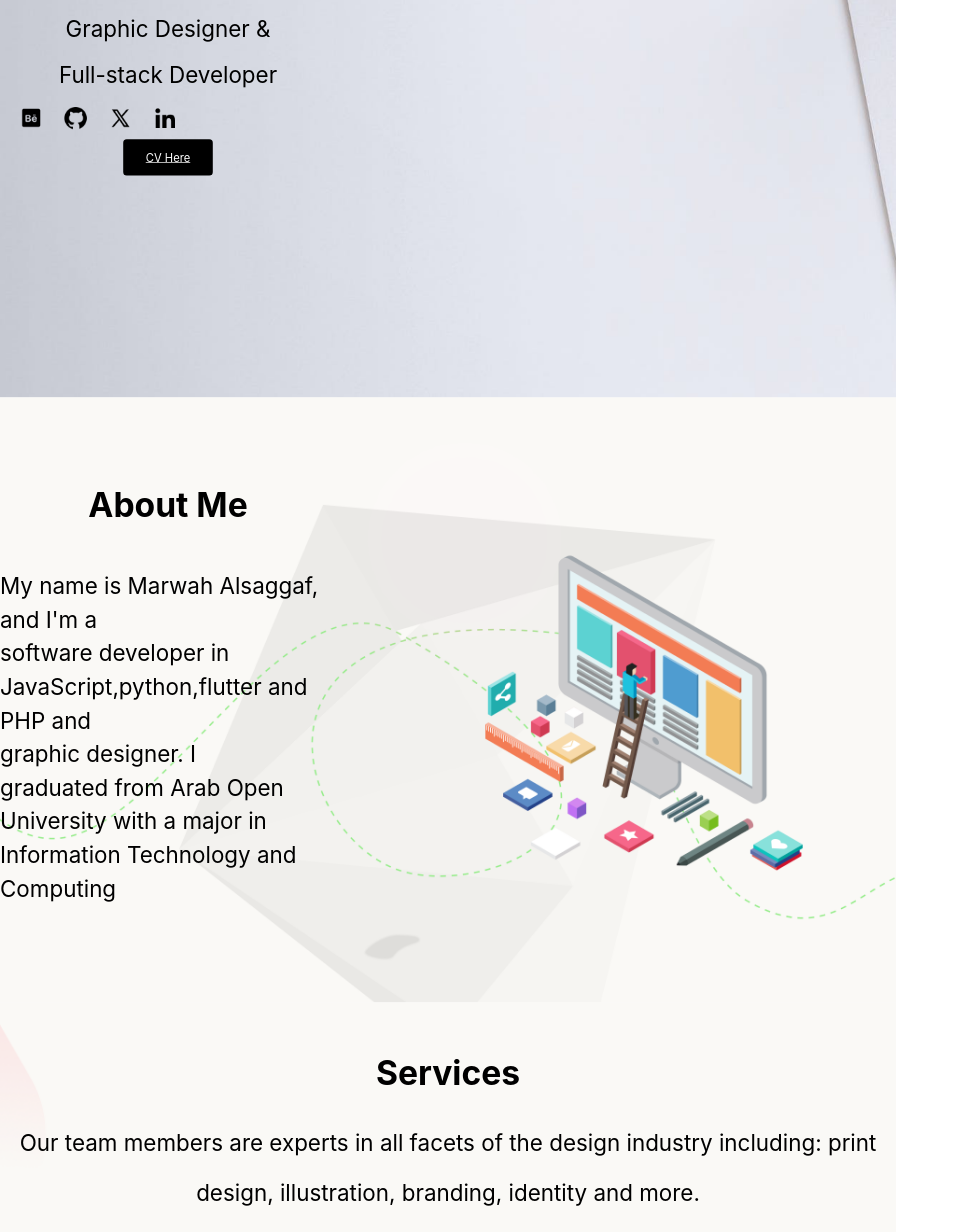
Repository: MEROO1010/Portfolio_00
Page: /services (app in portfolio_00/)
An editor plug-in stored every save of this project. The page is shown before and after the next save, followed by the edit.
The browser window is 1280 px wide. The page is 1382 px wide, so the pictures cover 1382 px, including what lies to the right of the window. The pictures show the part of the page from y = 377 to 2137 px (the page is 3569 px tall before and 3911 px after), at 70% of full size.
The project was rebuilt for these pictures with package versions that can differ from the ones it lists, and the page was loaded fresh each time.

Above is the page before, as saved 2024-11-24 12:18:53.

After the next save:
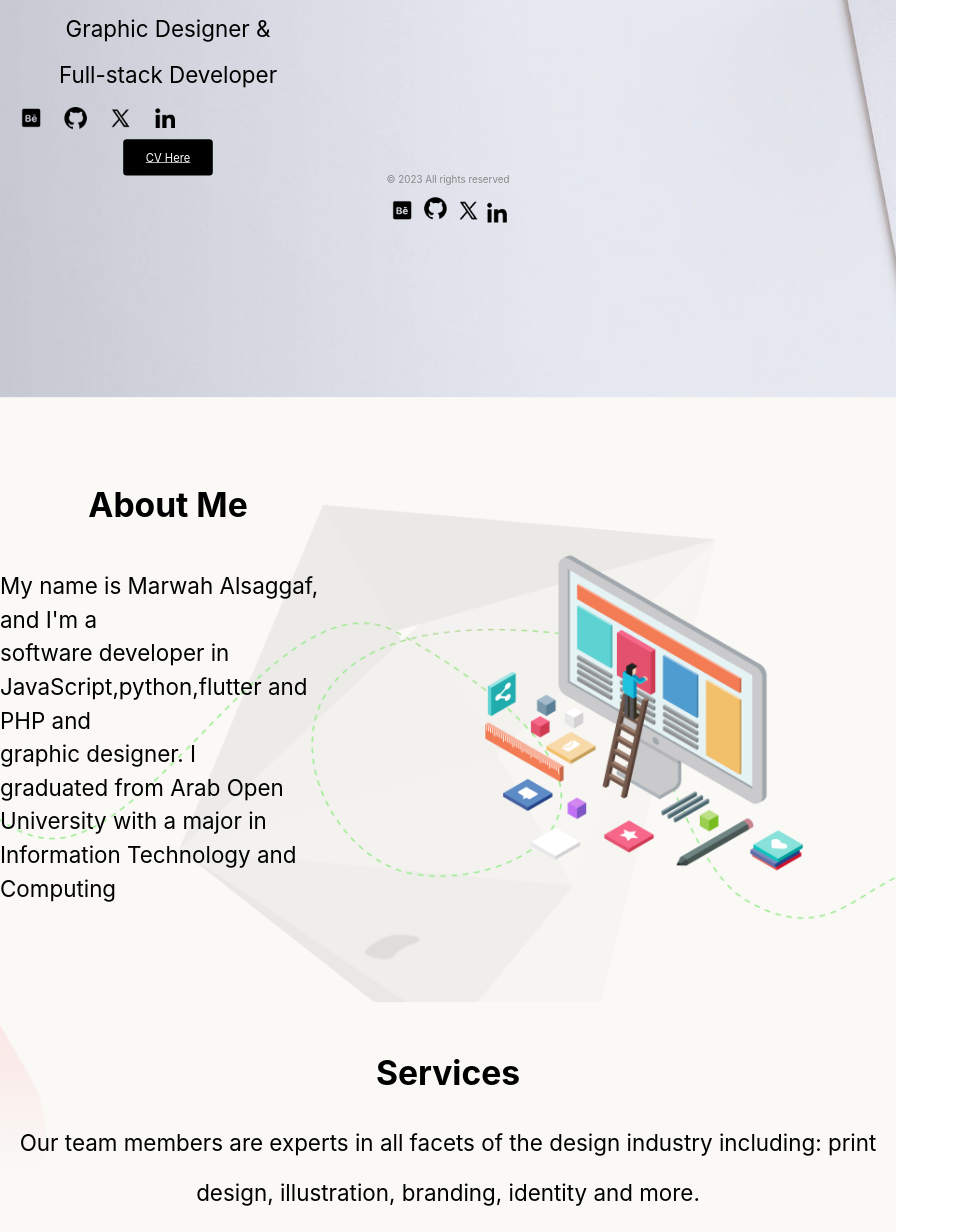
Saved 71 s later.
--- a/portfolio_00/src/components/Contact.jsx
+++ b/portfolio_00/src/components/Contact.jsx
@@ -1,82 +1,106 @@
-import React, { useState } from 'react';
-import styled from 'styled-components';
-import axios from 'axios';
+// ContactForm.js
+import React, { useState } from "react";
+import styled from "styled-components";
+import axios from "axios";
+import Behance from "../assets/Behance.png";
+import Github from "../assets/GitHub.png";
+import X from "../assets/X.png";
+import LinkedIn from "../assets/LinkedIn.png"
 
 // Styled components
-const ContactSection = styled.section`
-  text-align: center;
-  padding: 50px 20px;
-  background: #f9f9f9;
+const Container = styled.div`
+  display: flex;
+  flex-direction: column;
+  align-items: center;
+  justify-content: center;
+  height: 100vh;
+  background-color: #f5f5f5;
 `;
 
-const Form = styled.form`
-  max-width: 400px;
-  margin: 0 auto;
-  display: flex;
-  flex-direction: column;
+const Title = styled.h1`
+  color: #48c774;
+  margin-bottom: 20px;
 `;
 
 const Input = styled.input`
+  width: 300px;
+  padding: 10px;
   margin: 10px 0;
-  padding: 10px;
-  border: 1px solid #ddd;
+  border: 1px solid #ccc;
   border-radius: 5px;
+  font-size: 16px;
 `;
 
-const Textarea = styled.textarea`
+const TextArea = styled.textarea`
+  width: 300px;
+  height: 100px;
+  padding: 10px;
   margin: 10px 0;
-  padding: 10px;
-  border: 1px solid #ddd;
+  border: 1px solid #ccc;
   border-radius: 5px;
+  font-size: 16px;
+  resize: none;
 `;
 
 const Button = styled.button`
-  background: #00b894;
+  background-color: #48c774;
   color: white;
-  padding: 10px;
   border: none;
+  padding: 10px 20px;
   border-radius: 5px;
+  font-size: 16px;
   cursor: pointer;
+
   &:hover {
-    background: #019474;
+    background-color: #3faa63;
   }
 `;
 
-const StatusMessage = styled.p`
-  margin-top: 20px;
-  color: ${({ isError }) => (isError ? 'red' : 'green')};
+const Footer = styled.div`
+  position: absolute;
+  bottom: 20px;
+  text-align: center;
 `;
 
-export default function Contact() {
-  const [email, setEmail] = useState('');
-  const [message, setMessage] = useState('');
-  const [status, setStatus] = useState('');
-  const [isError, setIsError] = useState(false);
+const FooterText = styled.p`
+  font-size: 14px;
+  color: #888;
+`;
+
+const SocialIcons = styled.div`
+  margin-top: 10px;
+
+  a {
+    margin: 0 5px;
+    color: #888;
+    font-size: 20px;
+    text-decoration: none;
+
+    &:hover {
+      color: #48c774;
+    }
+  }
+`;
+
+// Functional Component
+const ContactForm = () => {
+  const [email, setEmail] = useState("");
+  const [message, setMessage] = useState("");
 
   const handleSubmit = async (e) => {
-      e.preventDefault();
-      setStatus('');
-      setIsError(false);
-
-      try {
-          const response = await axios.post('http://localhost:5000/api/contact', {
-              email,
-              message,
-          });
-          setStatus(response.data.message);
-          setEmail('');
-          setMessage('');
-      } catch (error) {
-          console.error('Error sending message:', error);
-          setStatus('An unexpected error occurred. Please try again later.');
-          setIsError(true);
-      }
+    e.preventDefault();
+    try {
+      await axios.post("http://localhost:3000/contact", { email, message });
+      alert("Message sent successfully!");
+    } catch (error) {
+      alert("Error sending message.");
+    }
   };
 
   return (
-    <ContactSection>
-      <h2>Contact Us</h2>
-      <Form onSubmit={handleSubmit}>
+    <Container>
+      <Title>Contact.</Title>
+      <form onSubmit={handleSubmit}>
         <Input
           type="email"
           placeholder="Your Email"
@@ -84,16 +108,25 @@ export default function Contact() {
           onChange={(e) => setEmail(e.target.value)}
           required
         />
-        <Textarea
+        <TextArea
           placeholder="Your Message"
-          rows="5"
           value={message}
           onChange={(e) => setMessage(e.target.value)}
           required
         />
         <Button type="submit">Send</Button>
-      </Form>
-      {status && <StatusMessage isError={isError}>{status}</StatusMessage>}
-    </ContactSection>
+      </form>
+      <Footer>
+        <FooterText>© 2023 All rights reserved</FooterText>
+        <SocialIcons>
+          <a href="https://www.behance.net/merooalsaggaf#"><img src={Behance} alt=""/></a>
+          <a href="https://github.com/MEROO1010"><img src={Github} alt=""/></a>
+          <a href="https://x.com/meroo_alsaggaf"><img src={X} alt=""/></a>
+          <a href="https://www.linkedin.com/in/marwah-alsaggaf-ba44011b2/"><img src={LinkedIn} alt=""/></a>
+        </SocialIcons>
+      </Footer>
+    </Container>
   );
-}
+};
+
+export default ContactForm;
